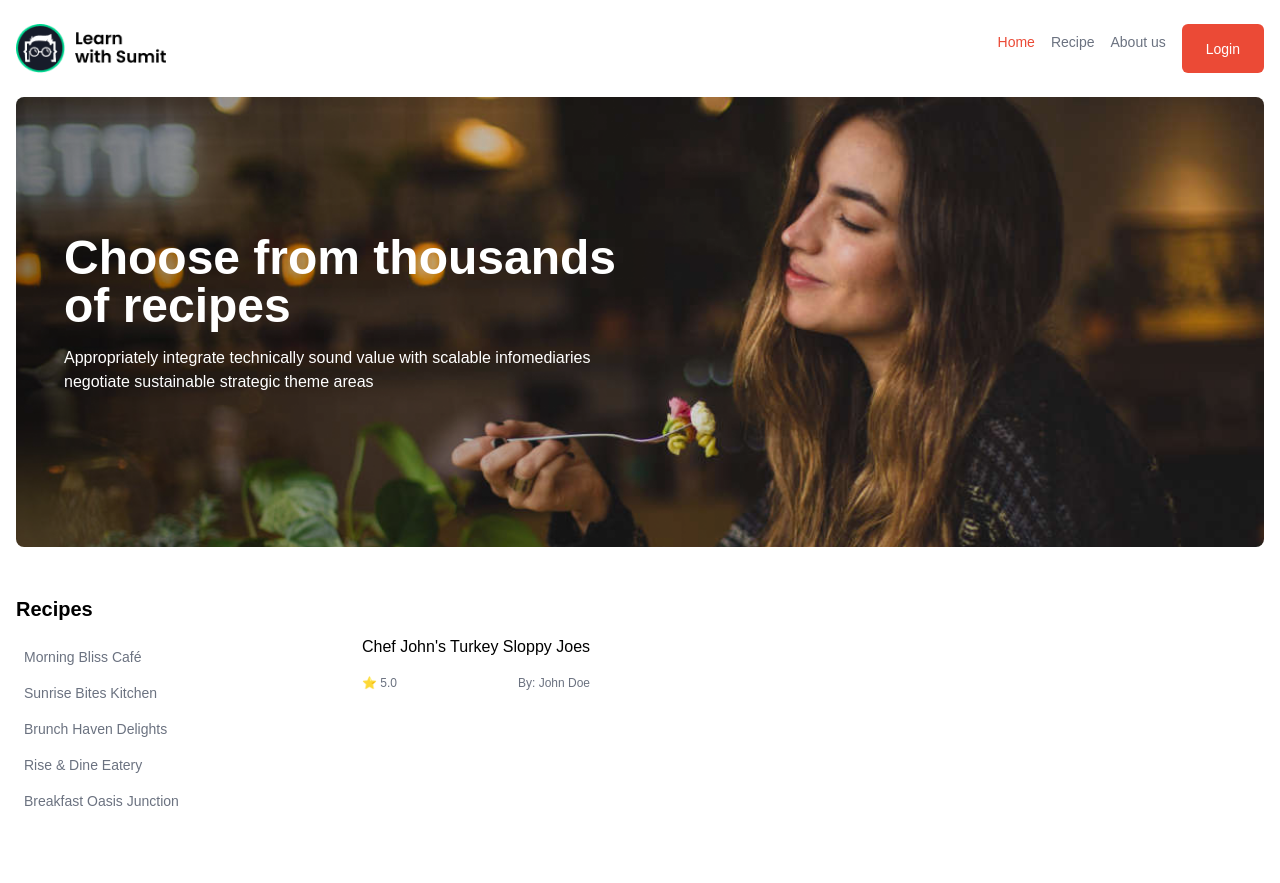
Repository: Wahid137/khana-khazana
Page: /
These files come from the project's save history. The page is drawn as it stood at one moment and after the next save; the edit follows.
The browser window is 1280 px wide. The pictures show the whole page.
The project was rebuilt for these pictures with package versions that can differ from the ones it lists, and the page was loaded fresh each time. The framework's server and built-in components were replaced by stand-ins that run in the browser. Also part of the build but not shown: next.config.mjs.

Above is the page before, as saved 2024-05-03 01:51:51.

After the next save:
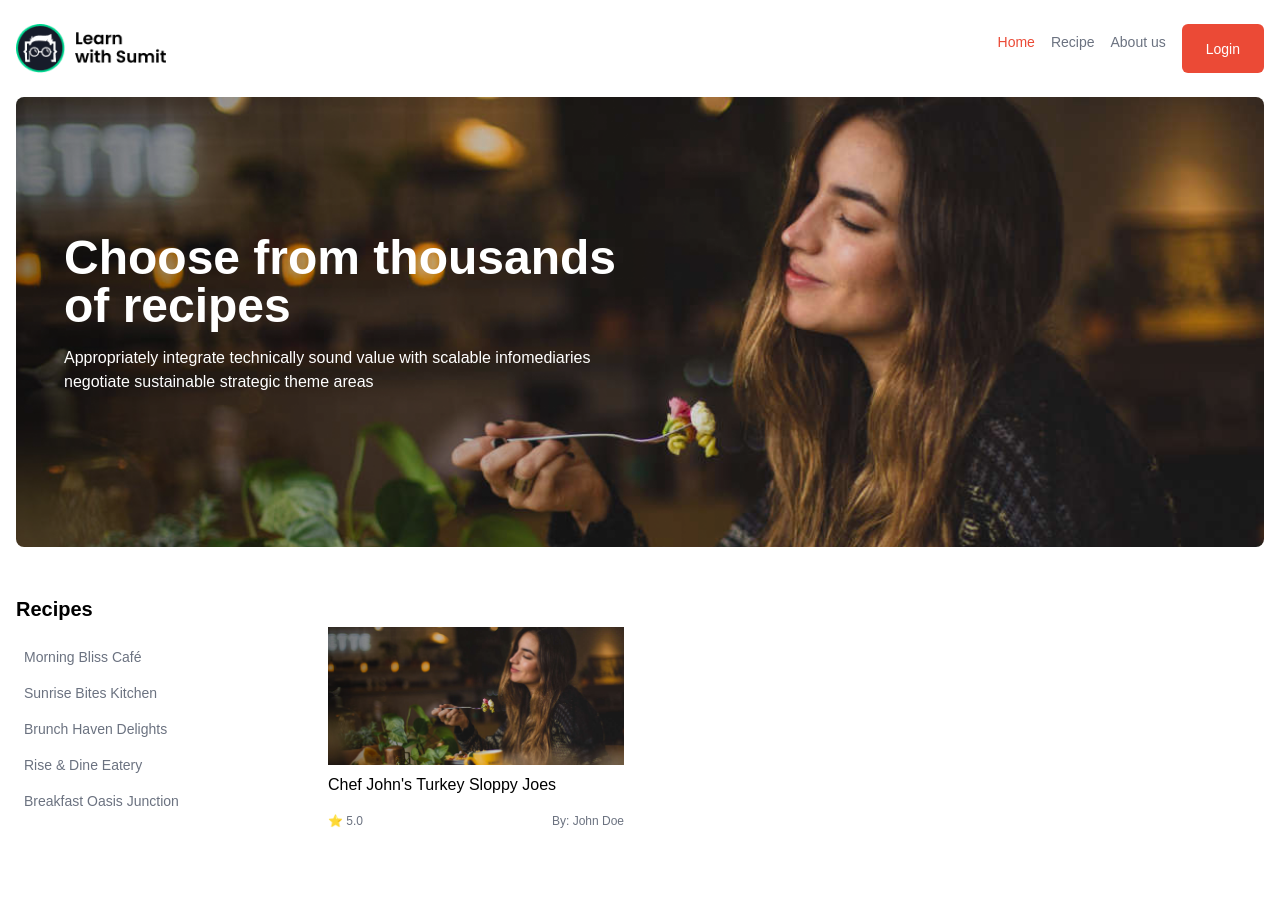
Saved 38 s later.
--- a/app/components/landing/RecipeCard.jsx
+++ b/app/components/landing/RecipeCard.jsx
@@ -1,6 +1,9 @@
+import Image from "next/image";
+import cover from "/assets/cover.png";
 const RecipeCard = () => {
   return (
     <div className="card">
+      <Image src={cover} />
       <h4 className="my-2">Chef John's Turkey Sloppy Joes</h4>
       <div className="py-2 flex justify-between text-xs text-gray-500">
         <span>⭐️ 5.0</span>
